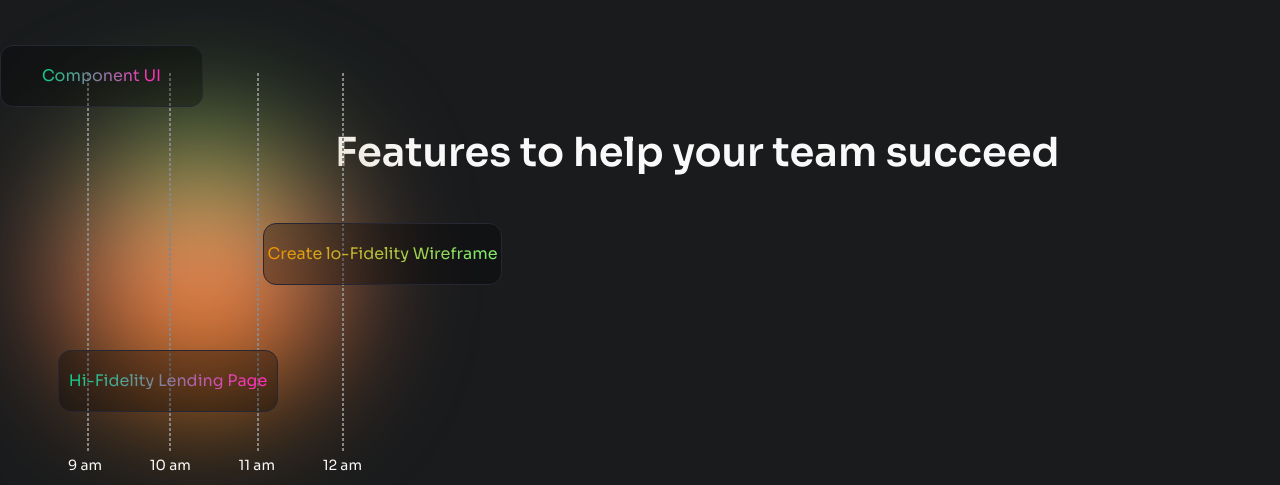
Repository: anhthiethumg/Task_Managerment_Website
Page: index.html
The author's editor kept a copy of each file at every save. The page is drawn from the files as they stood at one save, then again after a run of saves.
The browser window is 1280 px wide. The pictures show the part of the page from y = 2400 to 2885 px (the page is 2885 px tall).
A picture or video elsewhere on the page could not be fetched, so the positions and the page height are approximate.

Above is the page before, as saved 2023-07-31 08:59:18.

After the next 3 saves:
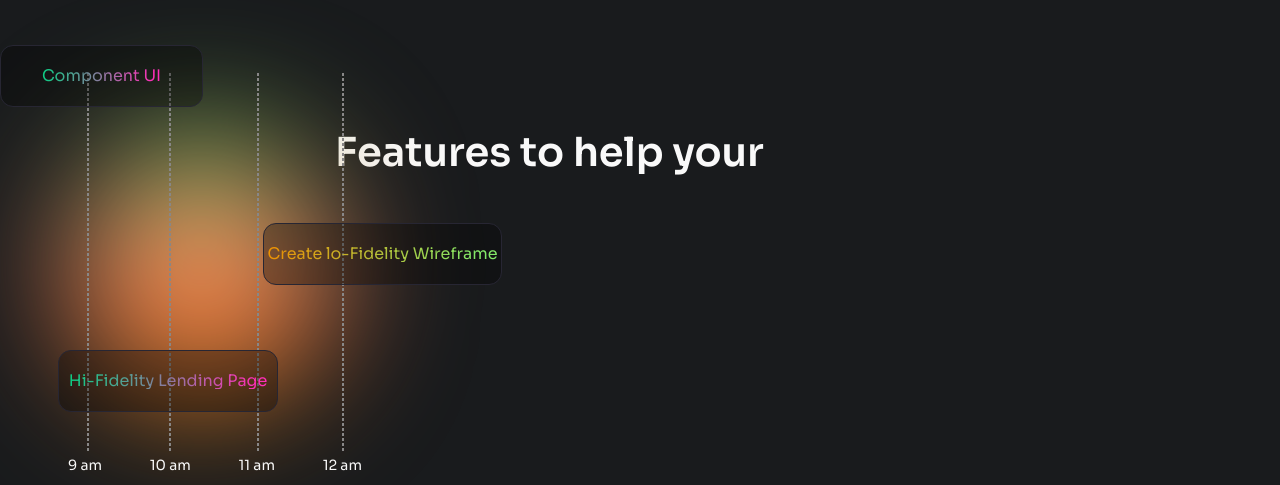
The 3 saves are shown as one change because they came seconds apart.
The last was saved 15 s later.
--- a/index.html
+++ b/index.html
@@ -329,7 +329,7 @@
             </div>
           </div>
           <div class="feature__content">
-            <h2 class = "section__heading feature__heading">Features to help your team succeed</h2>
+            <h2 class = "section__heading feature__heading">Features to help your <span class=" "</h2>
           </div>
         </div>
       </section>
